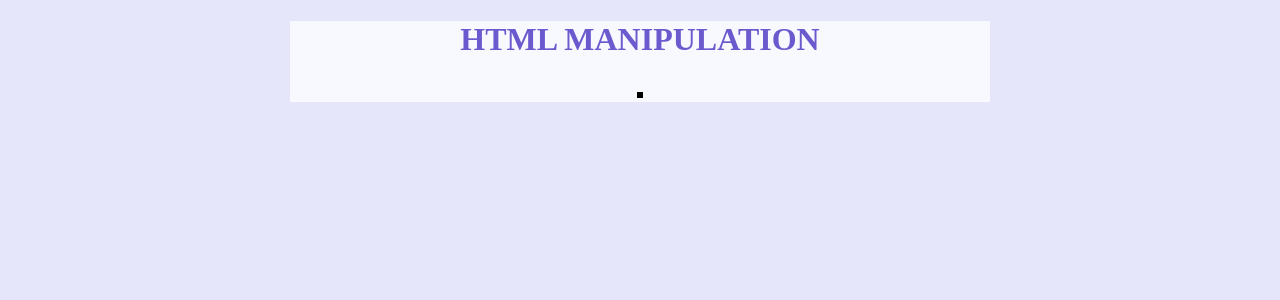
Repository: 2001mariana/jquery
Page: html-manipulation.html
The author's editor kept a copy of each file at every save. The page is drawn from the files as they stood at one save, then again after a run of saves.
The browser window is 1280 px wide. The pictures show the whole page.

Above is the page before, as saved 2022-07-27 10:20:28.

After the next 2 saves:
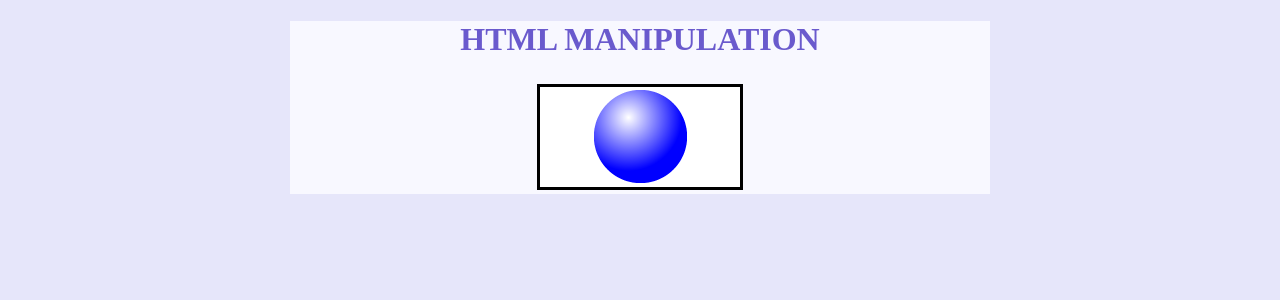
The 2 saves are shown as one change because they came seconds apart.
The last was saved 87 s later.
--- a/html-manipulation.html
+++ b/html-manipulation.html
@@ -26,7 +26,7 @@ $("div#page-size").css("margin", "auto")
 console.log($('img').attr('src'))
 
 //substituindo a imagem 1 pela imagem 2:
-$('img').attr('src', '')
+$('img').attr('src', 'img/esfera_2.png')
 
 //$('img').attr('style', 'background-color: blue; width: 200px; height: 200px')
 </script>
